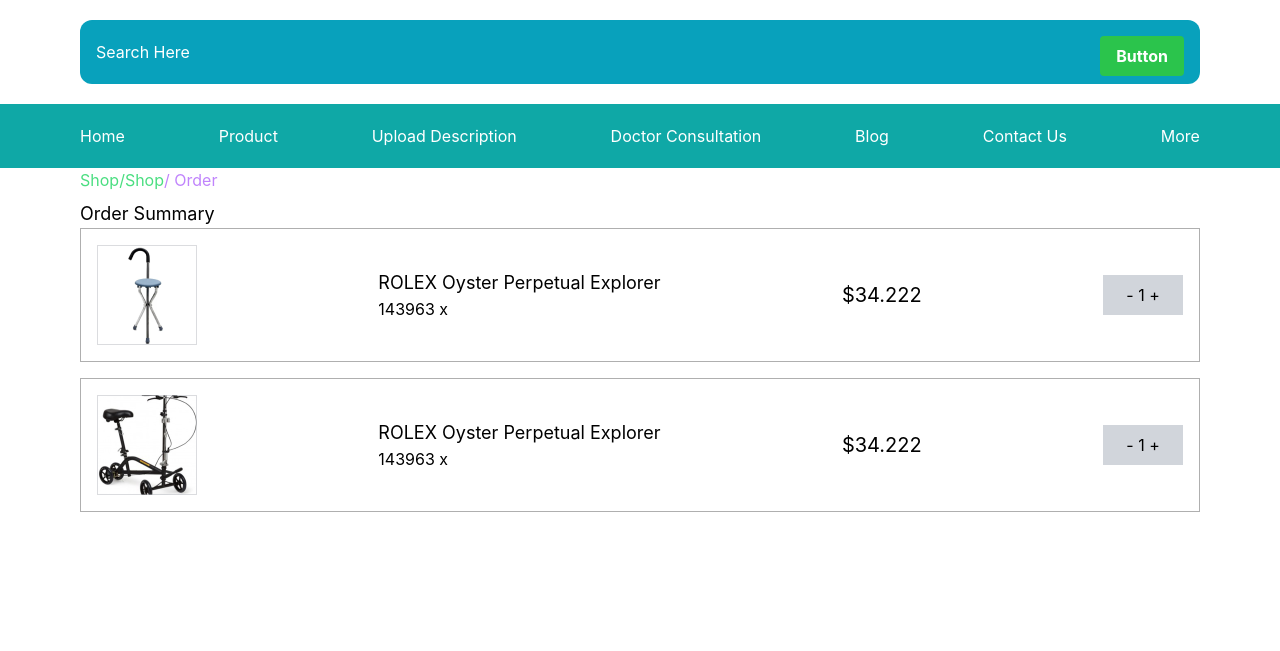
Repository: arafatmollah/pharma
Page: /
The author's editor kept a copy of each file at every save. The page is drawn from the files as they stood at one save, then again after a run of saves.
The browser window is 1280 px wide. The pictures show the whole page.
The project was rebuilt for these pictures with package versions that can differ from the ones it lists, and the page was loaded fresh each time.

Above is the page before, as saved 2023-03-12 01:53:38.

After the next 2 saves:
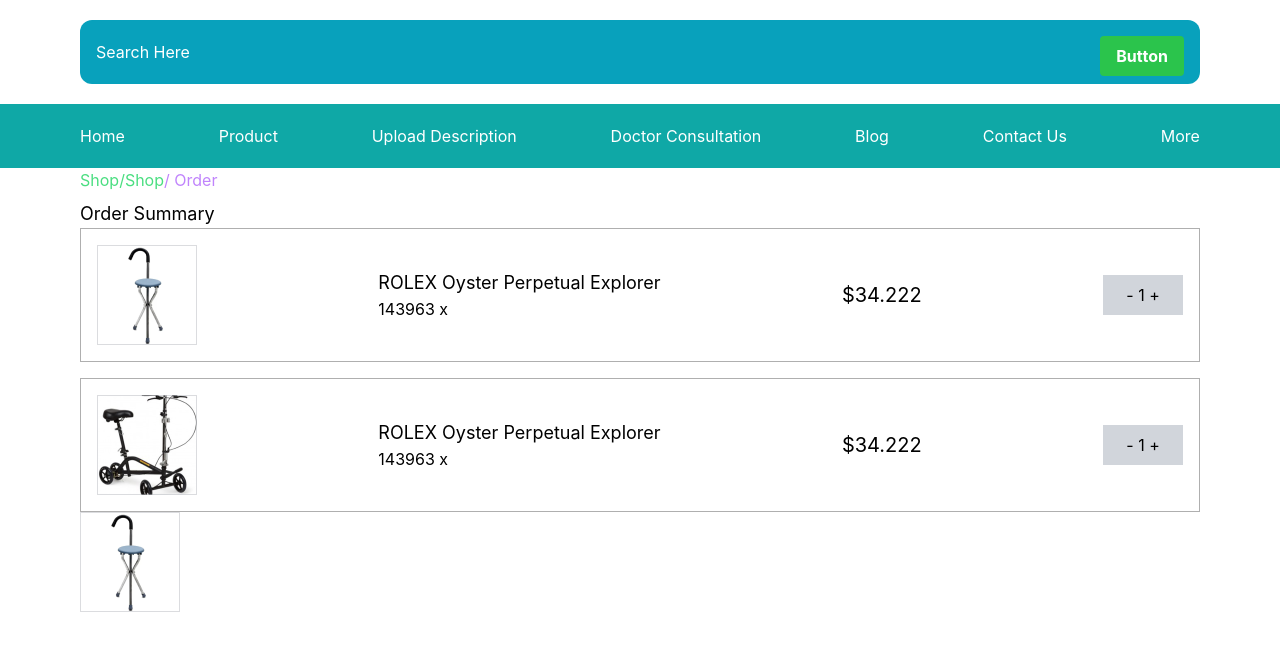
The 2 saves are shown as one change because they came seconds apart.
The last was saved 7 s later.
--- a/src/Order.js
+++ b/src/Order.js
@@ -46,6 +46,11 @@ function order() {
               </div>
             </div>
           </div>
+          <div>
+          <div>
+            <img src={img}></img>
+          </div>
+        </div>
         </div>
 
     </div>
